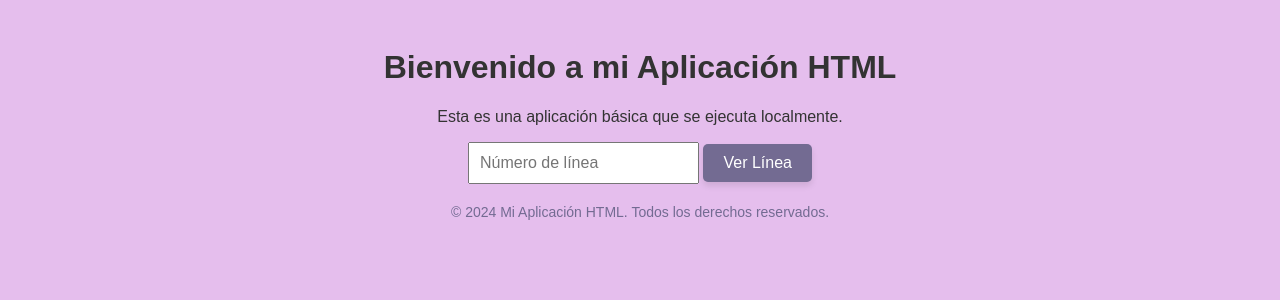
Repository: cflorido/Front_T3
Page: index.html
An editor plug-in stored every save of this project. The page is shown before and after the next save, followed by the edit.
The browser window is 1280 px wide. The pictures show the whole page.

Above is the page before, as saved 2024-10-22 18:52:01.

### index.html
<!DOCTYPE html>
<html lang="es">
<head>
    <meta charset="UTF-8">
    <meta name="viewport" content="width=device-width, initial-scale=1.0">
    <title>Mi Aplicación HTML Básica</title>
    <style>
        body {
            font-family: Arial, sans-serif;
            background-color: #E5BEED; /* Color de fondo */
            color: #333;
            text-align: center;
            padding: 20px;
        }
        button {
            padding: 10px 20px;
            font-size: 16px;
            cursor: pointer;
            background-color: #736B92; /* Color de fondo del botón */
            color: white; /* Color del texto */
            border: none; /* Sin borde */
            border-radius: 5px; /* Bordes redondeados */
            transition: background-color 0.3s; /* Efecto de transición */
            box-shadow: 0 4px 6px rgba(0, 0, 0, 0.1); /* Sombra */
        }
        button:hover {
            background-color: #7D5C65; /* Color más oscuro al pasar el mouse */
        }
        #contenido {
            margin-top: 20px;
            padding: 10px;
            border: 1px solid #7C90DB; /* Borde color */
            background-color: #fff; /* Fondo blanco */
            border-radius: 8px; /* Bordes redondeados */
            box-shadow: 0 2px 10px rgba(0, 0, 0, 0.2); /* Sombra */
            display: none; /* Oculto por defecto */
        }
        table {
            margin: 20px auto;
            border-collapse: collapse;
            width: 80%;
            border-radius: 8px; /* Bordes redondeados */
            overflow: hidden; /* Esconde bordes */
        }
        th, td {
            border: 1px solid #736B92; /* Borde de las celdas */
            padding: 10px;
            text-align: center;
            width: 14.28%; /* Para que se divida el espacio en 7 columnas */
        }
        th {
            background-color: #9593D9; /* Color de fondo del encabezado */
            color: white; /* Color del texto en el encabezado */
            font-weight: bold; /* Texto en negrita */
        }
        td {
            background-color: #E5BEED; /* Color de fondo de las celdas */
            transition: background-color 0.3s; /* Efecto de transición */
        }
        td.utilizado {
            background-color: #7C90DB; /* Color para las franjas utilizadas */
            color: white; /* Color del texto en las celdas utilizadas */
            font-weight: bold; /* Texto en negrita */
        }
        .footer {
            margin-top: 20px;
            font-size: 14px;
            color: #736B92; /* Color del texto del pie de página */
        }
    </style>
</head>
<body>
    <h1>Bienvenido a mi Aplicación HTML</h1>
    <p>Esta es una aplicación básica que se ejecuta localmente.</p>

    <input type="number" id="numeroLinea" placeholder="Número de línea" min="1" style="padding: 10px; font-size: 16px;">
    <button onclick="cargarLinea()">Ver Línea</button>

    <div id="contenido"></div>

    <div class="footer">
        <p>&copy; 2024 Mi Aplicación HTML. Todos los derechos reservados.</p>
    </div>

    <script>
        let lineas = []; // Array para almacenar las líneas del archivo

        // Función para cargar el contenido del archivo y dividirlo en líneas
        function cargarContenido() {
            fetch('data.txt')
                .then(response => {
                    if (!response.ok) {
                        throw new Error('Error al cargar el archivo: ' + response.statusText);
                    }
                    return response.text();
                })
                .then(data => {
                    lineas = data.split('\n'); // Divide el contenido en líneas
                })
                .catch(error => {
                    console.error(error);
                    alert('No se pudo cargar el contenido.');
                });
        }

        // Función para mostrar la línea seleccionada
        function cargarLinea() {
            const numeroLinea = document.getElementById("numeroLinea").value;
            const contenidoDiv = document.getElementById("contenido");

            // Verificar si el número de línea es válido
            if (numeroLinea > 0 && numeroLinea <= lineas.length) {
                const horario = JSON.parse(lineas[numeroLinea - 1]); // Parsear la línea como JSON
                mostrarHorario(horario); // Mostrar el horario en forma de tabla
                contenidoDiv.style.display = 'block'; // Muestra el div
            } else {
                alert('Número de línea no válido. Intenta de nuevo.');
            }
        }

        // Función para mostrar el horario en una tabla
        function mostrarHorario(horario) {
            const contenidoDiv = document.getElementById("contenido");
            contenidoDiv.innerHTML = ''; // Limpiar el contenido previo

            // Crear la tabla
            const tabla = document.createElement('table');
            const thead = document.createElement('thead');
            const tbody = document.createElement('tbody');

            // Crear encabezado de la tabla
            const encabezado = document.createElement('tr');
            const dias = ['Franja Horaria', 'Lunes', 'Martes', 'Miércoles', 'Jueves', 'Viernes', 'Sábado', 'Domingo'];
            dias.forEach(dia => {
                const th = document.createElement('th');
                th.textContent = dia;
                encabezado.appendChild(th);
            });
            thead.appendChild(encabezado);
            tabla.appendChild(thead);

            // Crear filas de horarios
            for (let i = 0; i < 12; i++) { // 12 franjas horarias
                const fila = document.createElement('tr');

                // Calcular la franja horaria
                const horaInicio = (i * 2) % 24;
                const horaFin = (horaInicio + 2) % 24;
                const franjaHoraria = `${horaInicio < 10 ? '0' : ''}${horaInicio}:00 - ${horaFin < 10 ? '0' : ''}${horaFin}:00`;

                // Añadir la franja horaria a la celda
                const celdaFranja = document.createElement('td');
                celdaFranja.textContent = franjaHoraria;
                fila.appendChild(celdaFranja);

                for (let j = 0; j < 7; j++) { // 7 días de la semana
                    const celda = document.createElement('td');
                    celda.textContent = horario[i * 7 + j]; // Calcular la posición en el array
                    if (horario[i * 7 + j] === 1) {
                        celda.classList.add('utilizado'); // Añadir clase si es utilizado
                    }
                    fila.appendChild(celda);
                }
                tbody.appendChild(fila);
            }

            tabla.appendChild(tbody);
            contenidoDiv.appendChild(tabla);
        }

        // Cargar el contenido del archivo al inicio
        cargarContenido();
    </script>
</body>
</html>

After the next save:
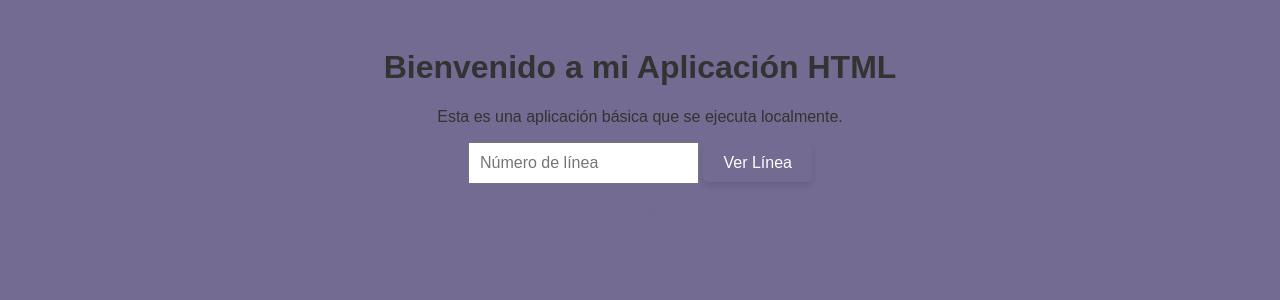
Saved 43 s later.
--- a/index.html
+++ b/index.html
@@ -7,7 +7,7 @@
     <style>
         body {
             font-family: Arial, sans-serif;
-            background-color: #E5BEED; /* Color de fondo */
+            background-color: #736B92; /* Color de fondo */
             color: #333;
             text-align: center;
             padding: 20px;
